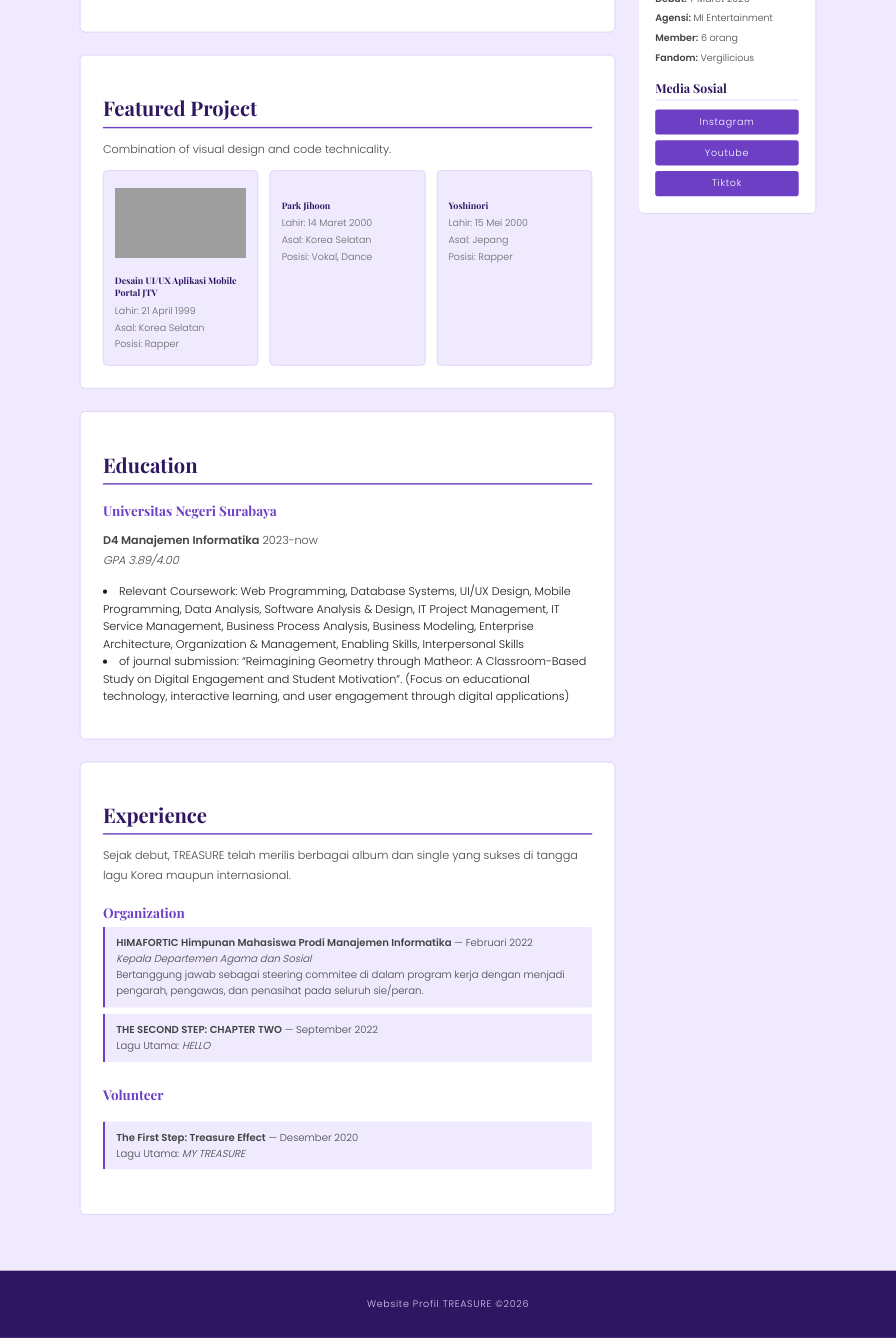
Repository: VergiMutiaRahmasyani/Website-Portofolio
Page: index.html
An editor plug-in stored every save of this project. The page is shown before and after the next save, followed by the edit.
The browser window is 1280 px wide. The pictures show the part of the page from y = 755 to 2675 px (the page is 2667 px tall before and 2675 px after), at 70% of full size.
Pictures or frames that could not be fetched are drawn as grey boxes.

Above is the page before, as saved 2026-03-07 13:52:52.

### index.html
<!DOCTYPE html>
<html>
    <head>
        <meta charset="utf-8" />
        <meta name="viewport" content="width=device-width, initial-scale=1.0" />
        <title>Portofolio Vergi</title>

        <!-- My Own CSS -->
        <link rel="stylesheet" href="css/style.css" />

        <!-- Google Fonts -->
        <link rel="preconnect" href="https://fonts.googleapis.com">
        <link rel="preconnect" href="https://fonts.gstatic.com" crossorigin>
        <link href="https://fonts.googleapis.com/css2?family=Playfair+Display:wght@400;700&family=Poppins:wght@300;400;600&display=swap" rel="stylesheet">
    </head>

    <body>

        <!-- HEADER -->
        <header class="site-header">

            <!-- NAVBAR -->
            <div class="navbar">
                <nav class="nav-list">
                    <ul>
                        <li><a href="#About">About Me</a></li>
                        <li><a href="#Work">Work</a></li>
                        <li><a href="Project">Project</a></li>
                        <li><a href="#Education">Education</a></li>
                        <li><a href="Organization">Organization</a></li>
                        <li><a href="https://drive.google.com/file/d/13-ep7ykiG-k7d2KfzBZSPx55XoqW1qHe/view?usp=sharing" target="_blank"> Resume</a></li>
                    </ul>
                </nav>
            </div>

            <div class="hero">
                <div class="hero-overlay">
                    <h1>Welcome, <br> To My Portofolio!</h1>
                </div>
            </div>

        </header>

        <!-- MAIN -->
        <main>
            <div class="content-wrapper">
                <div id="content">
                    <article id="About">
                        <h2>About Me</h2>
                        <p>
                            Saya seorang mahasiswa semester 6 Program Studi Manajemen Informatika di Universitas Negeri Surabaya, yang memiliki rasa
                            ingin tahu dan semangat yang besar. Dengan memiliki peminatan pada UI/UX Design dan Web Development,
                            saya telah berpengalaman dalam menciptakan solusi digital yang user-friendly dan berdampak. Melalui
                            kombinasi hard skills dan soft skills yang saya miliki, saya siap untuk beradaptasi dan memberikan kontribusi
                            nyata pada setiap proyek yang dijalankan.
                        </p>
                    </article>

                    <article id="Project">
                        <h2>Featured Project</h2>
                        <p>
                            Combination of visual design and code technicality.
                        </p>

                        <div class="project-list">
                            <div class="project-card">
                                <img src="D:\STUPEN\celerates\SUBMISSION\Web Portofolio\img\portaljtv.png" alt="Portal JTV" class="project-img" />
                                <h3>Desain UI/UX Aplikasi Mobile Portal JTV</h3>
                                <p>Lahir: 21 April 1999</p>
                                <p>Asal: Korea Selatan</p>
                                <p>Posisi: Rapper</p>
                            </div>
                            <div class="project-card">
                                <h3>Park Jihoon</h3>
                                <p>Lahir: 14 Maret 2000</p>
                                <p>Asal: Korea Selatan</p>
                                <p>Posisi: Vokal, Dance</p>
                            </div>
                            <div class="project-card">
                                <h3>Yoshinori</h3>
                                <p>Lahir: 15 Mei 2000</p>
                                <p>Asal: Jepang</p>
                                <p>Posisi: Rapper</p>
                            </div>
                        </div>
                    </article>

                    <article >
                        <h2>Education</h2>
                        <h3>Universitas Negeri Surabaya</h3>
                        <p>
                            <strong>D4 Manajemen Informatika</strong>  2023-now
                            <br><em>GPA 3.89/4.00</em>
                            <br>
                        </p>
                        <p>
                            <li> Relevant Coursework: Web Programming, Database Systems, UI/UX Design, Mobile Programming, Data
                                Analysis, Software Analysis & Design, IT Project Management, IT Service Management, Business Process
                                Analysis, Business Modeling, Enterprise Architecture, Organization & Management, Enabling Skills,
                                Interpersonal Skills</li>
                            <li> of journal submission: “Reimagining Geometry through Matheor: A Classroom-Based Study on Digital
                                Engagement and Student Motivation”. (Focus on educational technology, interactive learning, and user
                                engagement through digital applications)</li>
                        </p>
                    </article>

                    <article id="pengalaman">
                        <h2>Experience</h2>
                        <p>
                            Sejak debut, TREASURE telah merilis berbagai album dan single yang sukses di tangga lagu Korea maupun internasional.
                        </p>

                        <h3> Organization </h3>
                        <ul class="pengalaman-list">
                            <li>
                                <strong>HIMAFORTIC Himpunan Mahasiswa Prodi Manajemen Informatika</strong> — Februari 2022
                                <br><em>Kepala Departemen Agama dan Sosial</em>
                                <br>Bertanggung jawab sebagai steering commitee di dalam program kerja dengan menjadi pengarah,
                                pengawas, dan penasihat  pada seluruh sie/peran.
                            </li>
                            <li>
                                <strong>THE SECOND STEP: CHAPTER TWO</strong> — September 2022
                                <br>Lagu Utama: <em>HELLO</em>
                            </li>


                        <h3>Volunteer</h3>
                        <ul class="pengalaman-list">
                            <li>
                                <strong>The First Step: Treasure Effect</strong> — Desember 2020
                                <br>Lagu Utama: <em>MY TREASURE</em>
                            </li>
                    </article>

                </div>

                <!-- ASIDE -->
                <aside>
                    <div class="aside-inner">
                        <h3>Info Singkat</h3>
                        <img src="img/vergi photo.jpeg" alt="Foto Vergi" class="aside-img" />
                        <ul class="aside-info">
                            <li><strong>Debut:</strong> 7 Maret 2026</li>
                            <li><strong>Agensi:</strong> MI Entertainment</li>
                            <li><strong>Member:</strong> 6 orang</li>
                            <li><strong>Fandom:</strong> Vergilicious</li>
                        </ul>

                        <h3>Media Sosial</h3>
                        <ul class="aside-social">
                            <li><a href="https://www.instagram.com/yg_treasure_official/" target="_blank">Instagram</a></li>
                            <li><a href="https://www.youtube.com/@TREASURE" target="_blank">Youtube</a></li>
                            <li><a href="https://tiktok.com/@yg_treasure_tiktok" target="_blank">Tiktok</a></li>
                        </ul>
                    </div>
                </aside>
            </div>

        </main>

        <!-- FOOTER -->
        <footer>
            <p>Website Profil TREASURE &copy;2026 </p>
        </footer>

    </body>
</html>

### css/style.css
*,
*::before,
*::after {
    box-sizing: border-box;
}

/* =====================
   PALET WARNA UNGU
   --ungu-gelap   : #2e1760  (navbar, footer)
   --ungu-utama   : #6c3fc5  (aksen utama)
   --ungu-sedang  : #9b6ee0  (hover, border)
   --ungu-muda    : #d8c8f5  (border ringan)
   --ungu-pucat   : #f0eaff  (background halaman)
   ===================== */

body {
    font-family: 'Poppins', sans-serif;
    font-weight: 300;
    background-color: #f0eaff;
    color: #1a1a1a;
    margin: 0;
}


/* =====================
   HEADER
   ===================== */

header.site-header {
    background-color: #2e1760;
    color: white;
}

/* NAVBAR */
header.site-header .navbar {
    padding: 1rem 2rem;
    position: fixed;
    top: 0;
    left: 0;
    right: 0;
    width: 100%;
    z-index: 999;
    background-color: #2e1760;
}

header.site-header .nav-list ul {
    list-style: none;
    padding: 0;
    margin: 0;

    display: flex;
    justify-content: center;
    gap: 2rem;
}

header.site-header .nav-list li a {
    text-decoration: none;
    color: #d8c8f5;
    font-size: 0.9rem;
    font-weight: 400;
    letter-spacing: 1px;
    transition: color 0.2s ease;
}

header.site-header .nav-list li a:hover {
    color: white;
}

/* HERO */
header.site-header .hero {
    position: relative;
    width: 100%;
    height: 370px;
    overflow: hidden;
    margin-top: 57px;
}

header.site-header .hero .hero-overlay {
    position: absolute;
    inset: 0;
    display: flex;
    align-items: center;
    justify-content: center;
}

header.site-header .hero .hero-overlay h1 {
    font-family: 'Playfair Display', serif;
    font-size: 5rem;
    letter-spacing: 10px;
    color: white;
    margin: 0;
    text-align: center;
}


/* =====================
   MAIN & LAYOUT
   ===================== */

main {
    max-width: 1100px;
    margin-inline: auto;
    padding: 2rem 1.5rem;
}

.content-wrapper {
    display: flex;
    gap: 2rem;
    align-items: flex-start;
}

#content {
    flex: 3;

    display: flex;
    flex-direction: column;
    gap: 2rem;
}


/* =====================
   ARTICLE
   ===================== */

article {
    background-color: white;
    border: 1px solid #d8c8f5;
    border-radius: 8px;
    padding: 2rem;
}

article h2 {
    font-family: 'Playfair Display', serif;
    font-size: 1.8rem;
    margin-bottom: 1rem;
    padding-bottom: 0.5rem;
    border-bottom: 2px solid #6c3fc5;
    color: #2e1760;
}

article h3 {
    font-family: 'Playfair Display', serif;
    font-size: 1.2rem;
    margin-top: 1.5rem;
    margin-bottom: 0.5rem;
    color: #6c3fc5;
}

article p {
    line-height: 1.8;
    margin-bottom: 1rem;
    color: #444;
}


/* =====================
   TABEL INFO
   ===================== */

.info-table {
    width: 100%;
    border-collapse: collapse;
    margin-top: 1.5rem;
}

.info-table th,
.info-table td {
    padding: 0.6rem 1rem;
    text-align: left;
    border-bottom: 1px solid #d8c8f5;
    font-size: 0.95rem;
}

.info-table th {
    width: 35%;
    font-weight: 600;
    color: #2e1760;
    background-color: #f0eaff;
}

.info-table td {
    color: #444;
}


/* =====================
   PROJECT CARDS
   ===================== */

.project-list {
    display: flex;
    flex-wrap: wrap;
    gap: 1rem;
    margin-top: 0.5rem;
}

.project-card {
    flex: 1 1 160px;
    background-color: #f0eaff;
    border: 1px solid #d8c8f5;
    border-radius: 6px;
    padding: 1rem;
}

.project-img {
    width: 100%;
    max-width: 250px;
    height: 100px;
    object-fit:cover;
    object-position: top;
    display: block;
    margin: 0.5rem auto 1rem auto;
    border-radius: 0px;
}

.project-card h3 {
    font-size: 0.8rem;
    margin-top: 0.5;
    margin-bottom: 0.5rem;
    color: #2e1760;
}

.project-card p {
    font-size: 0.85rem;
    color: #666;
    margin: 0.2rem 0;
    line-height: 1.5;
}


/* =====================
   ALBUM LIST
   ===================== */

.pengalaman-list {
    list-style: none;
    padding: 0;
    margin: 0.5rem 0 1rem 0;

    display: flex;
    flex-direction: column;
    gap: 0.6rem;
}

.pengalaman-list li {
    padding: 0.7rem 1rem;
    background-color: #f0eaff;
    border-left: 3px solid #6c3fc5;
    border-radius: 0 4px 4px 0;
    font-size: 0.9rem;
    color: #444;
    line-height: 1.6;
}


/* =====================
   ASIDE
   ===================== */

aside {
    flex: 1;
    position: sticky;
    top: 80px;
}

aside .aside-inner {
    background-color: white;
    border: 1px solid #d8c8f5;
    border-radius: 8px;
    padding: 1.5rem;
}

aside h3 {
    font-family: 'Playfair Display', serif;
    font-size: 1.1rem;
    margin-top: 1.2rem;
    margin-bottom: 0.8rem;
    padding-bottom: 0.4rem;
    border-bottom: 1px solid #d8c8f5;
    color: #2e1760;
}

aside h3:first-child {
    margin-top: 0;
}

.aside-img {
    width: 100%;
    max-width: 250px;
    height: 200px;
    object-fit: cover;
    object-position: center;
    display: block;
    margin: 0.5rem auto 1rem auto;
    border-radius: 100px;
}

.aside-info {
    list-style: none;
    padding: 0;
    margin: 0;

    display: flex;
    flex-direction: column;
    gap: 0.4rem;
}

.aside-info li {
    font-size: 0.85rem;
    color: #444;
    line-height: 1.6;
}

.aside-social {
    list-style: none;
    padding: 0;
    margin: 0;

    display: flex;
    flex-direction: column;
    gap: 0.5rem;
}

.aside-social li a {
    display: block;
    text-align: center;
    padding: 0.5rem;
    background-color: #6c3fc5;
    color: white;
    text-decoration: none;
    border-radius: 4px;
    font-size: 0.85rem;
    letter-spacing: 1px;
    transition: background-color 0.2s ease;
}

.aside-social li a:hover {
    background-color: #9b6ee0;
}


/* =====================
   FOOTER
   ===================== */

footer {
    background-color: #2e1760;
    color: #d8c8f5;
    text-align: center;
    padding: 1.5rem;
    margin-top: 3rem;
    font-size: 0.85rem;
    letter-spacing: 1px;
}


/* =====================
   RESPONSIVE
   ===================== */

@media screen and (max-width: 768px) {
    header.site-header .nav-list ul {
        flex-wrap: wrap;
        justify-content: center;
        gap: 0.8rem;
    }

    .content-wrapper {
        flex-direction: column;
    }

    aside {
        position: static;
        width: 100%;
    }

    .project-card {
        flex: 1 1 130px;
    }
}

After the next save:
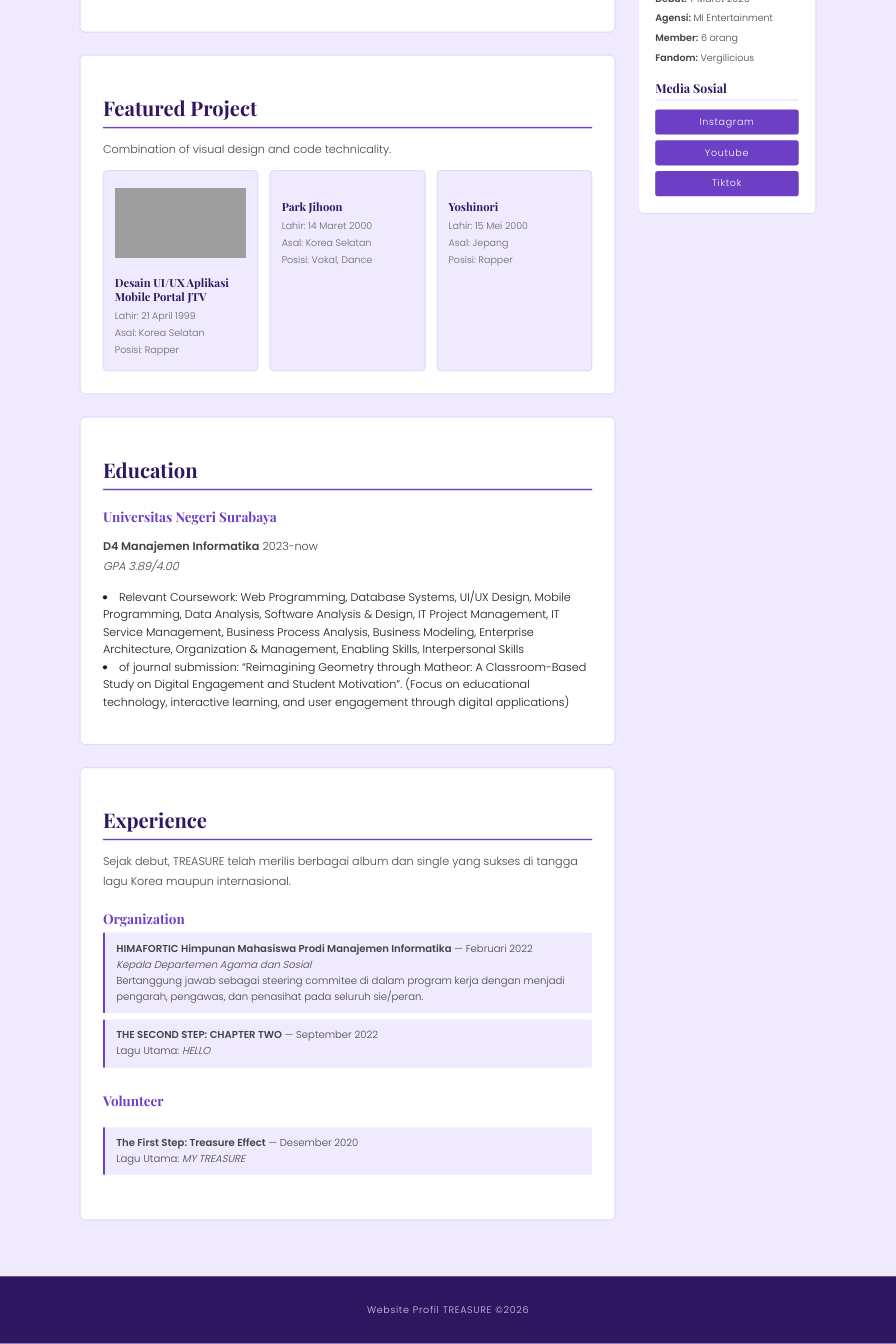
Saved 2 min 44 s later.
--- a/css/style.css
+++ b/css/style.css
@@ -214,7 +214,7 @@ article p {
 }
 
 .project-card h3 {
-    font-size: 0.8rem;
+    font-size: 1rem;
     margin-top: 0.5;
     margin-bottom: 0.5rem;
     color: #2e1760;
